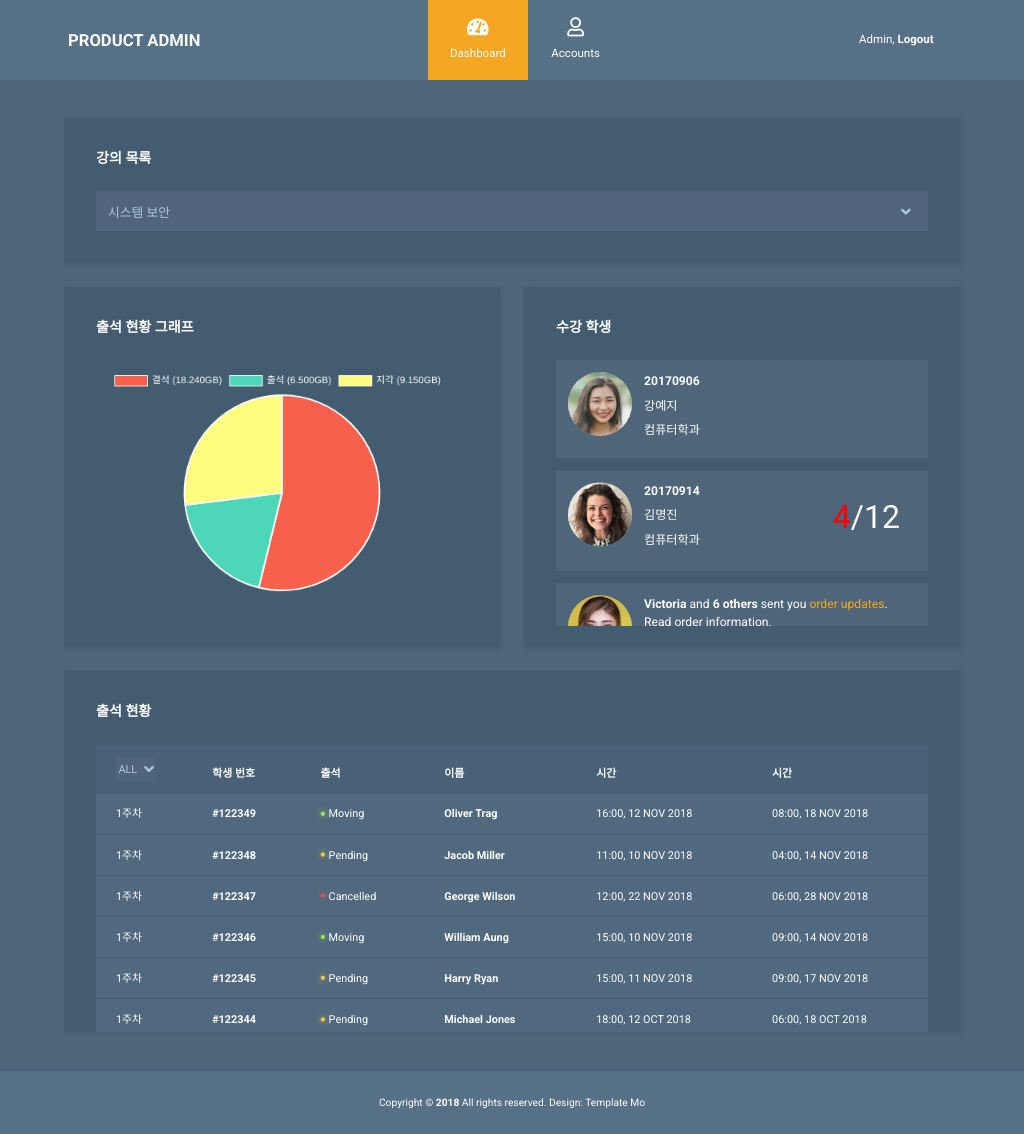
Repository: YJ-S2/2019-FaceAPI
Page: test1-master/web/123/WebContent/web1.html
An editor plug-in stored every save of this project. The page is shown before and after the next save, followed by the edit.
The browser window is 1280 px wide. The pictures show the whole page, at 80% of full size.
An inner scrolling area shows only its first screen.

Above is the page before, as saved 2019-08-11 15:06:57.

### test1-master/web/123/WebContent/web1.html
<!DOCTYPE html>
<html lang="en">

<head>
    <meta charset="UTF-8">
    <meta name="viewport" content="width=device-width, initial-scale=1.0">
    <meta http-equiv="X-UA-Compatible" content="ie=edge">
    <title>Product Admin - Dashboard HTML Template</title>
    <link rel="icon" type="image/png" href="img/logo1.png"/>

    <link rel="stylesheet" href="https://fonts.googleapis.com/css?family=Roboto:400,700">
    <!-- https://fonts.google.com/specimen/Roboto -->
    <link rel="stylesheet" href="css/fontawesome.min.css">
    <!-- https://fontawesome.com/ -->
    <link rel="stylesheet" href="css/bootstrap.min.css">
    <!-- https://getbootstrap.com/ -->
    <link rel="stylesheet" href="css/templatemo-style.css">
    <!--
	Product Admin CSS Template
	https://templatemo.com/tm-524-product-admin
	-->
	<style>
	.custom-select30 {
	  width: 70%;
	  border: none;
	  color: #acc6de;
	  height: 30px;
	  -webkit-appearance: none;
	  -moz-appearance: none;
	  -ms-appearance: none;
	  -o-appearance: none;
	  appearance: none;
	  -webkit-border-radius: 0;
	  -moz-border-radius: 0;
	  -ms-border-radius: 0;
	  -o-border-radius: 0;
	  border-radius: 0;
	  padding: 3px;
	  background: url(../img/arrow-down.png) 98% no-repeat #50657b;
	}
	.left-mj{
		 margin: 0 0 0 auto;
	}
	.c_red{
		color:red;
	}
	.c_green{
		color:lightgreen;
	}
	.logo {
  width: 25%;
  height: 100%;
  display: -webkit-box;
  display: -webkit-flex;
  display: -moz-box;
  display: -ms-flexbox;
  display: flex;
  justify-content: flex-start;
  align-items: center;
}

.logo img {
  max-width: 100%;
  max-height: 50%;
}
.logo{display: none;}
	.percen{
		align:center;
		padding:20px;
	}
	</style>
</head>

<body id="reportsPage">
    <div class="" id="home">
        <nav class="navbar navbar-expand-xl">
            <div class="container h-100">
                <a class="navbar-brand" href="index.html">
                	<h1 class="tm-site-title mb-0">Product Admin</h1>
                	<!-- <img src="img/logo_2.png" alt="" class="">-->
                </a>
                <button class="navbar-toggler ml-auto mr-0" type="button" data-toggle="collapse" data-target="#navbarSupportedContent"
                    aria-controls="navbarSupportedContent" aria-expanded="false" aria-label="Toggle navigation">
                    <i class="fas fa-bars tm-nav-icon"></i>
                </button>

                <div class="collapse navbar-collapse" id="navbarSupportedContent">
                    <ul class="navbar-nav mx-auto h-100">
                        <li class="nav-item">
                            <a class="nav-link active" href="#">
                                <i class="fas fa-tachometer-alt"></i>
                                Dashboard
                                <span class="sr-only">(current)</span>
                            </a>
                        </li>

                        <li class="nav-item">
                            <a class="nav-link" href="http://localhost:9089/123/accounts.html">
                                <i class="far fa-user"></i>
                                Accounts
                            </a>
                        </li>
                    </ul>
                    <ul class="navbar-nav">
                        <li class="nav-item">
                            <a class="nav-link d-block" href="login.html">
                                Admin, <b>Logout</b>
                            </a>
                        </li>
                    </ul>
                </div>
            </div>

        </nav>
        <div class="container mt-5">
            <div class="row tm-content-row">
		          <div class="col-12 tm-block-col">
		            <div class="tm-bg-primary-dark tm-block tm-block-h-auto">
		              <h2 class="tm-block-title">강의 목록</h2>
		              <select class="custom-select">
		                <option value="0">시스템 보안</option>
		                <option value="1">모바일 소프트웨어</option>
		                <option value="2">시스템 프로그래밍</option>
		                <option value="3">데이터베이스 개론</option>
		                <option value="4">컴퓨터 구조</option>
		              </select>
		            </div>
		          </div>
		        </div>
            <!-- row -->
            <div class="row tm-content-row">



                <div class="col-sm-12 col-md-12 col-lg-6 col-xl-6 tm-block-col">
                    <div class="tm-bg-primary-dark tm-block tm-block-taller">
                        <h2 class="tm-block-title">출석 현황 그래프</h2>
                        <div id="pieChartContainer">
                            <canvas id="pieChart" class="chartjs-render-monitor" width="200" height="200"></canvas>
                        </div>
                    </div>
                </div>
                <div class="col-sm-12 col-md-12 col-lg-6 col-xl-6 tm-block-col">
                    <div class="tm-bg-primary-dark tm-block tm-block-taller tm-block-overflow">
                        <h2 class="tm-block-title">수강 학생</h2>
                        <div class="tm-notification-items">
                            <div class="media tm-notification-item">
                                <div class="tm-gray-circle">
                                	<img src="img/notification-01.jpg" alt="Avatar Image" class="rounded-circle">
                                </div>

	                            <div class="media-body">
	                                <p class="mb-2"><b>20170906</b></p>
	                                <p class="mb-2">강예지</p>
	                                <p class="mb-2">컴퓨터학과</p>
	                            </div>

                            </div>
                            <div class="media tm-notification-item">
                                <div class="tm-gray-circle"><img src="img/notification-02.jpg" alt="Avatar Image" class="rounded-circle">
                                </div>
                                <div class="media-body">
                                    <p class="mb-2"><b>20170914</b></p>
	                                    <p class="mb-2">김명진</p>
	                                    <p class="mb-2">컴퓨터학과</p>
                                </div>
                                <div class="percen">
	                            	<h1><span class="c_red">4</span>/12</h1>
	                            </div>
                            </div>
                            <div class="media tm-notification-item">
                                <div class="tm-gray-circle"><img src="img/notification-03.jpg" alt="Avatar Image" class="rounded-circle"></div>
                                <div class="media-body">
                                    <p class="mb-2"><b>Victoria</b> and <b>6 others</b> sent you <a href="#"
                                            class="tm-notification-link">order updates</a>. Read order information.</p>
                                    <span class="tm-small tm-text-color-secondary">6h ago.</span>
                                </div>
                            </div>
                            <div class="media tm-notification-item">
                                <div class="tm-gray-circle"><img src="img/notification-01.jpg" alt="Avatar Image" class="rounded-circle"></div>
                                <div class="media-body">
                                    <p class="mb-2"><b>Laura Cute</b> and <b>6 others</b> sent you <a href="#"
                                            class="tm-notification-link">product records</a>.</p>
                                    <span class="tm-small tm-text-color-secondary">6h ago.</span>
                                </div>
                            </div>
                            <div class="media tm-notification-item">
                                <div class="tm-gray-circle"><img src="img/notification-02.jpg" alt="Avatar Image" class="rounded-circle"></div>
                                <div class="media-body">
                                    <p class="mb-2"><b>Samantha</b> and <b>6 others</b> sent you <a href="#"
                                            class="tm-notification-link">order stuffs</a>.</p>
                                    <span class="tm-small tm-text-color-secondary">6h ago.</span>
                                </div>
                            </div>
                            <div class="media tm-notification-item">
                                <div class="tm-gray-circle"><img src="img/notification-03.jpg" alt="Avatar Image" class="rounded-circle"></div>
                                <div class="media-body">
                                    <p class="mb-2"><b>Sophie</b> and <b>6 others</b> sent you <a href="#"
                                            class="tm-notification-link">product updates</a>.</p>
                                    <span class="tm-small tm-text-color-secondary">6h ago.</span>
                                </div>
                            </div>
                            <div class="media tm-notification-item">
                                <div class="tm-gray-circle"><img src="img/notification-01.jpg" alt="Avatar Image" class="rounded-circle"></div>
                                <div class="media-body">
                                    <p class="mb-2"><b>Lily A</b> and <b>6 others</b> sent you <a href="#"
                                            class="tm-notification-link">product updates</a>.</p>
                                    <span class="tm-small tm-text-color-secondary">6h ago.</span>
                                </div>
                            </div>
                            <div class="media tm-notification-item">
                                <div class="tm-gray-circle"><img src="img/notification-02.jpg" alt="Avatar Image" class="rounded-circle"></div>
                                <div class="media-body">
                                    <p class="mb-2"><b>Amara</b> and <b>6 others</b> sent you <a href="#"
                                            class="tm-notification-link">product updates</a>.</p>
                                    <span class="tm-small tm-text-color-secondary">6h ago.</span>
                                </div>
                            </div>
                            <div class="media tm-notification-item">
                                <div class="tm-gray-circle"><img src="img/notification-03.jpg" alt="Avatar Image" class="rounded-circle"></div>
                                <div class="media-body">
                                    <p class="mb-2"><b>Cinthela</b> and <b>6 others</b> sent you <a href="#"
                                            class="tm-notification-link">product updates</a>.</p>
                                    <span class="tm-small tm-text-color-secondary">6h ago.</span>
                                </div>
                            </div>
                        </div>
                    </div>
                </div>
                <div class="col-12 tm-block-col">
                    <div class="tm-bg-primary-dark tm-block tm-block-taller tm-block-scroll">
                    	<h2 class="tm-block-title">출석 현황</h2>



                        <table class="table">
                            <thead>
                                <tr>
                                	<th scope="col">
	                                	<select class="custom-select30">
	                                		<option value="0">ALL</option>
							                <option value="1">1 주차</option>
							                <option value="2">2 주차</option>
							                <option value="3">3 주차</option>
							                <option value="4">4 주차</option>
							           	</select>
							        </th>
                                    <th scope="col">학생 번호</th>
                                    <th scope="col">출석</th>
                                    <th scope="col">이름</th>
                                    <th scope="col">시간</th>
                                    <th scope="col">시간</th>
                                </tr>
                            </thead>
                            <tbody>
                                <tr>
                                	<td>1주차</td>
                                    <th scope="row"><b>#122349</b></th>
                                    <td>
                                        <div class="tm-status-circle moving">
                                        </div>Moving
                                    </td>
                                    <td><b>Oliver Trag</b></td>
                                    <td>16:00, 12 NOV 2018</td>
                                    <td>08:00, 18 NOV 2018</td>
                                </tr>
                                <tr>
                                	<td>1주차</td>
                                    <th scope="row"><b>#122348</b></th>
                                    <td>
                                        <div class="tm-status-circle pending">
                                        </div>Pending
                                    </td>
                                    <td><b>Jacob Miller</b></td>
                                    <td>11:00, 10 NOV 2018</td>
                                    <td>04:00, 14 NOV 2018</td>
                                </tr>
                                <tr>
                                	<td>1주차</td>
                                    <th scope="row"><b>#122347</b></th>
                                    <td>
                                        <div class="tm-status-circle cancelled">
                                        </div>Cancelled
                                    </td>
                                    <td><b>George Wilson</b></td>
                                    <td>12:00, 22 NOV 2018</td>
                                    <td>06:00, 28 NOV 2018</td>
                                </tr>
                                <tr>
                                	<td>1주차</td>
                                    <th scope="row"><b>#122346</b></th>
                                    <td>
                                        <div class="tm-status-circle moving">
                                        </div>Moving
                                    </td>
                                    <td><b>William Aung</b></td>
                                    <td>15:00, 10 NOV 2018</td>
                                    <td>09:00, 14 NOV 2018</td>
                                </tr>
                                <tr>
                                	<td>1주차</td>
                                    <th scope="row"><b>#122345</b></th>
                                    <td>
                                        <div class="tm-status-circle pending">
                                        </div>Pending
                                    </td>
                                    <td><b>Harry Ryan</b></td>
                                    <td>15:00, 11 NOV 2018</td>
                                    <td>09:00, 17 NOV 2018</td>
                                </tr>
                                <tr>
                                	<td>1주차</td>
                                    <th scope="row"><b>#122344</b></th>
                                    <td>
                                        <div class="tm-status-circle pending">
                                        </div>Pending
                                    </td>
                                    <td><b>Michael Jones</b></td>
                                    <td>18:00, 12 OCT 2018</td>
                                    <td>06:00, 18 OCT 2018</td>
                                </tr>
                                <tr>
                                	<td>1주차</td>
                                    <th scope="row"><b>#122343</b></th>
                                    <td>
                                        <div class="tm-status-circle moving">
                                        </div>Moving
                                    </td>
                                    <td><b>Timmy Davis</b></td>
                                    <td>12:00, 10 OCT 2018</td>
                                    <td>08:00, 18 OCT 2018</td>
                                </tr>
                                <tr>
                                	<td>1주차</td>
                                    <th scope="row"><b>#122342</b></th>
                                    <td>
                                        <div class="tm-status-circle moving">
                                        </div>Moving
                                    </td>
                                    <td><b>Oscar Phyo</b></td>
                                    <td>15:30, 06 OCT 2018</td>
                                    <td>09:30, 16 OCT 2018</td>
                                </tr>
                                <tr>
                                	<td>1주차</td>
                                    <th scope="row"><b>#122341</b></th>
                                    <td>
                                        <div class="tm-status-circle moving">
                                        </div>Moving
                                    </td>
                                    <td><b>Charlie Brown</b></td>
                                    <td>11:00, 10 OCT 2018</td>
                                    <td>03:00, 14 OCT 2018</td>
                                </tr>
                                <tr>
                                	<td>1주차</td>
                                    <th scope="row"><b>#122340</b></th>
                                    <td>
                                        <div class="tm-status-circle cancelled">
                                        </div>Cancelled
                                    </td>
                                    <td><b>Wilson Cookies</b></td>
                                    <td>17:30, 12 OCT 2018</td>
                                    <td>08:30, 22 OCT 2018</td>
                                </tr>
                                <tr>
                                	<td>1주차</td>
                                    <th scope="row"><b>#122339</b></th>
                                    <td>
                                        <div class="tm-status-circle moving">
                                        </div>Moving
                                    </td>
                                    <td><b>Richard Clamon</b></td>
                                    <td>15:00, 12 OCT 2018</td>
                                    <td>09:20, 26 OCT 2018</td>
                                </tr>
                            </tbody>
                        </table>
                    </div>
                </div>
            </div>
        </div>
        <footer class="tm-footer row tm-mt-small">
            <div class="col-12 font-weight-light">
                <p class="text-center text-white mb-0 px-4 small">
                    Copyright &copy; <b>2018</b> All rights reserved.

                    Design: <a rel="nofollow noopener" href="https://templatemo.com" class="tm-footer-link">Template Mo</a>
                </p>
            </div>
        </footer>
    </div>

    <script src="js/jquery-3.3.1.min.js"></script>
    <!-- https://jquery.com/download/ -->
    <script src="js/moment.min.js"></script>
    <!-- https://momentjs.com/ -->
    <script src="js/Chart.min.js"></script>
    <!-- http://www.chartjs.org/docs/latest/ -->
    <script src="js/bootstrap.min.js"></script>
    <!-- https://getbootstrap.com/ -->
    <script src="js/tooplate-scripts.js"></script>
    <script>
        Chart.defaults.global.defaultFontColor = 'white';
        let ctxPie,
            optionsPie,
            configPie,
			pieChart;
        // DOM is ready
        $(function () {
            drawPieChart(); // Pie Chart
        })
    </script>
</body>

</html>

Loaded but not shown: test1-master/web/123/WebContent/css/fontawesome.min.css (library); test1-master/web/123/WebContent/css/bootstrap.min.css (library); test1-master/web/123/WebContent/js/jquery-3.3.1.min.js (library); test1-master/web/123/WebContent/js/moment.min.js (library); test1-master/web/123/WebContent/js/Chart.min.js (library); test1-master/web/123/WebContent/js/bootstrap.min.js (library); test1-master/web/123/WebContent/js/tooplate-scripts.js (192 lines, source omitted); test1-master/web/123/WebContent/css/templatemo-style.css (709 lines, source omitted)

After the next save:
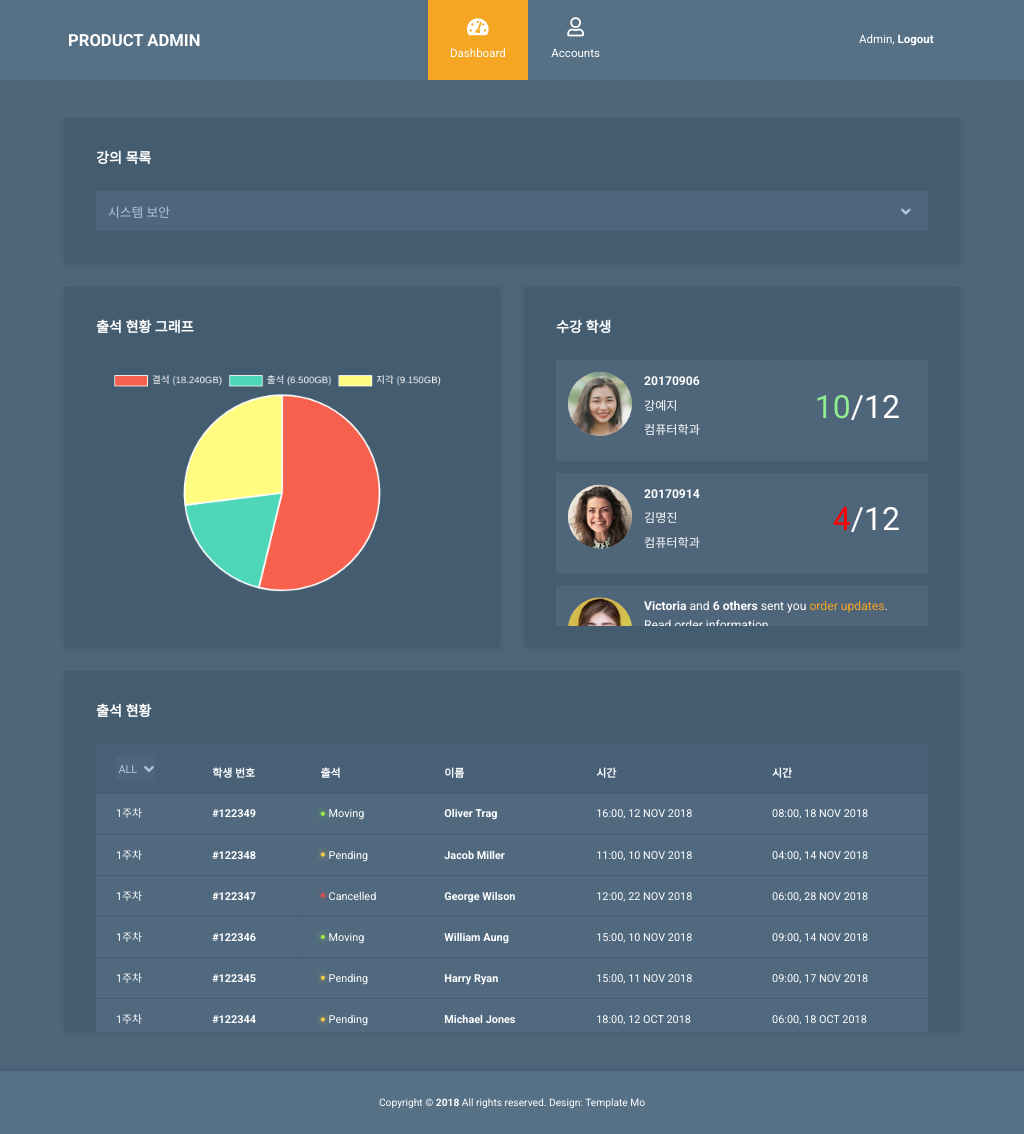
Saved 44 s later.
--- a/test1-master/web/123/WebContent/web1.html
+++ b/test1-master/web/123/WebContent/web1.html
@@ -154,7 +154,9 @@
 	                                <p class="mb-2">강예지</p>
 	                                <p class="mb-2">컴퓨터학과</p>
 	                            </div>
-
+	                            <div class="percen">
+	                            	<h1><span class="c_green">10</span>/12</h1>
+	                            </div>
                             </div>
                             <div class="media tm-notification-item">
                                 <div class="tm-gray-circle"><img src="img/notification-02.jpg" alt="Avatar Image" class="rounded-circle">
